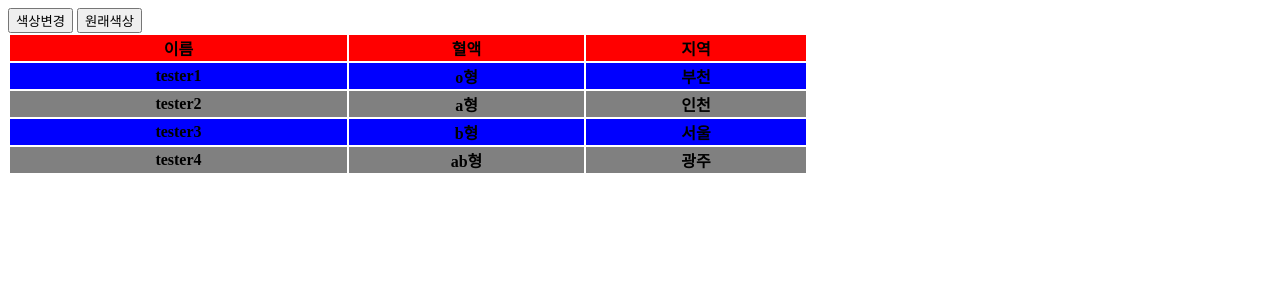
Repository: KYJIN1024/kic_jquery
Page: http://localhost/JQueryEx01/jquery11.jsp
An editor plug-in stored every save of this project. The page is shown before and after the next save, followed by the edit.
The browser window is 1280 px wide. The pictures show the whole page.
After loading, the first visible `#btn1` was clicked once.
The page is served by Tomcat 9.

Above is the page before, as saved 2023-05-15 06:53:16.

### JQueryEx01/src/main/webapp/jquery11.jsp
<%@ page language="java" contentType="text/html; charset=UTF-8"
    pageEncoding="UTF-8"%>
<!DOCTYPE html>
<html>
<head>
<meta charset="UTF-8">
<title>Insert title here</title>


<script src="https://ajax.googleapis.com/ajax/libs/jquery/3.6.4/jquery.min.js"></script>
<script>
	// window.jquery => jquery => $ (축약된표현)
	$( document ).ready(function(){
			$( 'table' ).css('width', '800' );



		document.getElementById('btn1').onclick = function() {
			$( 'tr:odd' ).css('background-color', 'blue' );
			$( 'tr:even' ).css('background-color', 'gray' );

			$( 'tr:first' ).css('background-color', 'red' );
		};

		document.getElementById('btn2').onclick = function() {
			$( 'tr:odd' ).css('background-color', 'white' );
			$( 'tr:even' ).css('background-color', 'white' );
		};
	});


</script>

</head>
<body>

<button id="btn1">색상변경</button>
<button id="btn2">원래색상</button>


<table>
<tr>
	<th>이름</th>
	<th>혈액</th>
	<th>지역</th>
</tr>
<tr>
	<th>tester1</th>
	<th>o형</th>
	<th>부천</th>
</tr>
<tr>
	<th>tester2</th>
	<th>a형</th>
	<th>인천</th>
</tr>
<tr>
	<th>tester3</th>
	<th>b형</th>
	<th>서울</th>
</tr>
<tr>
	<th>tester4</th>
	<th>ab형</th>
	<th>광주</th>
</tr>



</table>

</body>
</html>

After the next save:
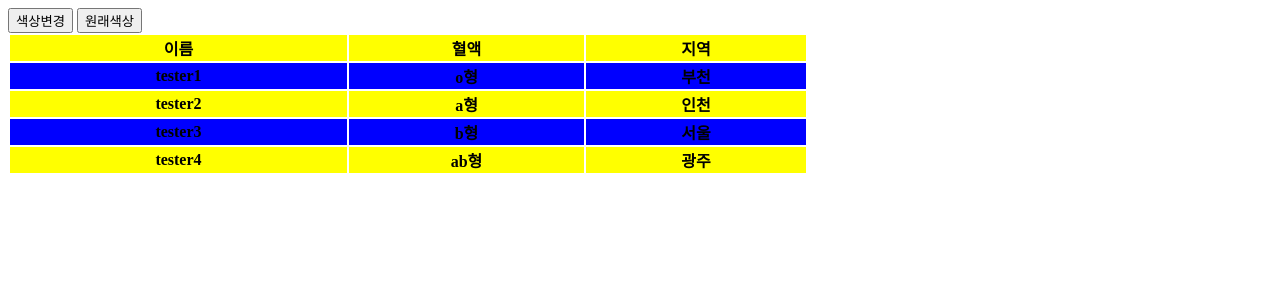
Saved 99 s later.
--- a/JQueryEx01/src/main/webapp/jquery11.jsp
+++ b/JQueryEx01/src/main/webapp/jquery11.jsp
@@ -20,6 +20,9 @@
 			$( 'tr:even' ).css('background-color', 'gray' );
 
 			$( 'tr:first' ).css('background-color', 'red' );
+
+			$( 'tr:nth-child(2n)').css('background-color' ,'blue');
+			$( 'tr:nth-child(2n+1)').css('background-color' ,'yellow');
 		};
 
 		document.getElementById('btn2').onclick = function() {
